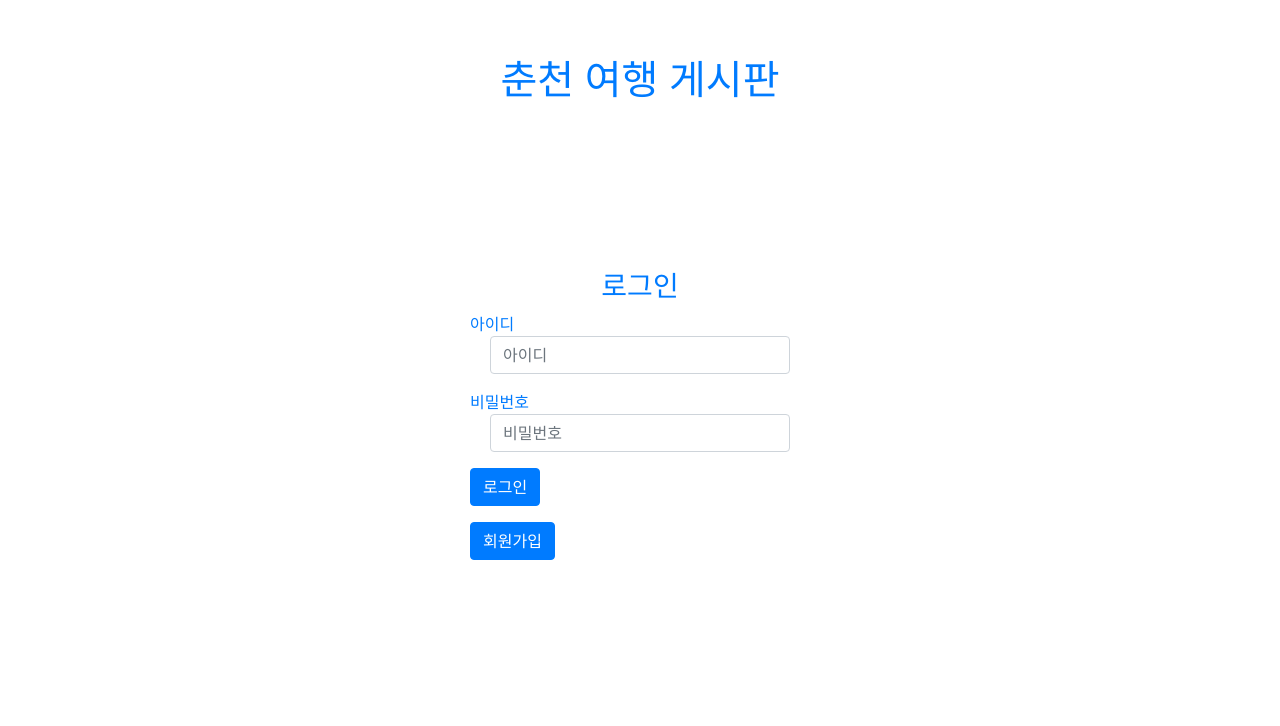
Repository: Seongjoo-Shin/webServer
Page: http://localhost/project/project/login.jsp
An editor plug-in stored every save of this project. The page is shown before and after the next save, followed by the edit.
The browser window is 1280 px wide. The pictures show the whole page.
The page is served by Tomcat 9.

Above is the page before, as saved 2021-06-14 07:18:27.

After the next save:
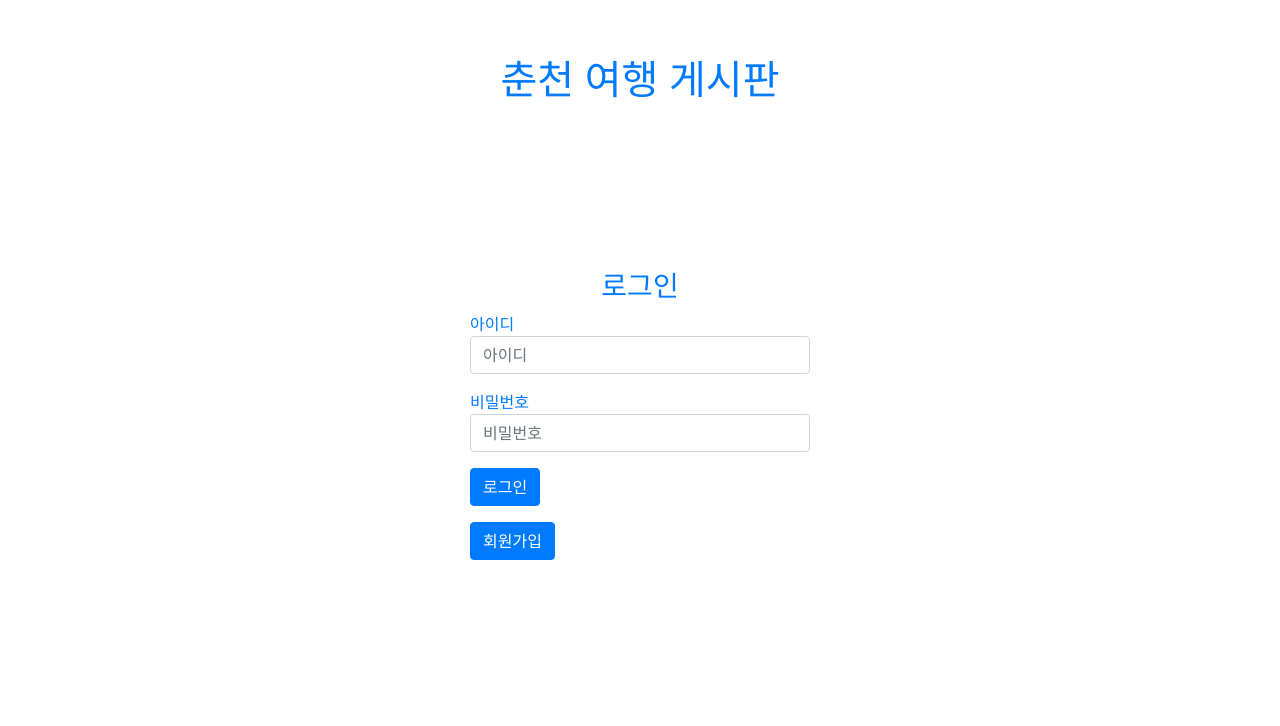
Saved 56 s later.
--- a/20165514_신성주_웹서버구축_프로젝트_소스코드/project/WebContent/project/login.jsp
+++ b/20165514_신성주_웹서버구축_프로젝트_소스코드/project/WebContent/project/login.jsp
@@ -13,8 +13,8 @@
 		<div class="col-sm-4" style="margin:15% auto; border=solid 1;">
 		<h3 class="text-center text-primary">로그인</h3>
 		<form method="post" action="login_process.jsp" style="margin:auto;">
-			<p class="text-primary">아이디<input type="text" name="user_id" class="form-control" placeholder="아이디" style="margin:auto; width:300px;"></p>
-			<p class="text-primary">비밀번호<input type="password" name="user_pwd" class="form-control" placeholder="비밀번호" style="margin:auto; width:300px;"></p>
+			<p class="text-primary">아이디<input type="text" name="user_id" class="form-control" placeholder="아이디"></p>
+			<p class="text-primary">비밀번호<input type="password" name="user_pwd" class="form-control" placeholder="비밀번호"></p>
 			<p><input type="submit" class="btn btn-primary" value="로그인"></p>
 			<p><a href="register.jsp" class="btn btn-primary">회원가입</a>
 		</form>
